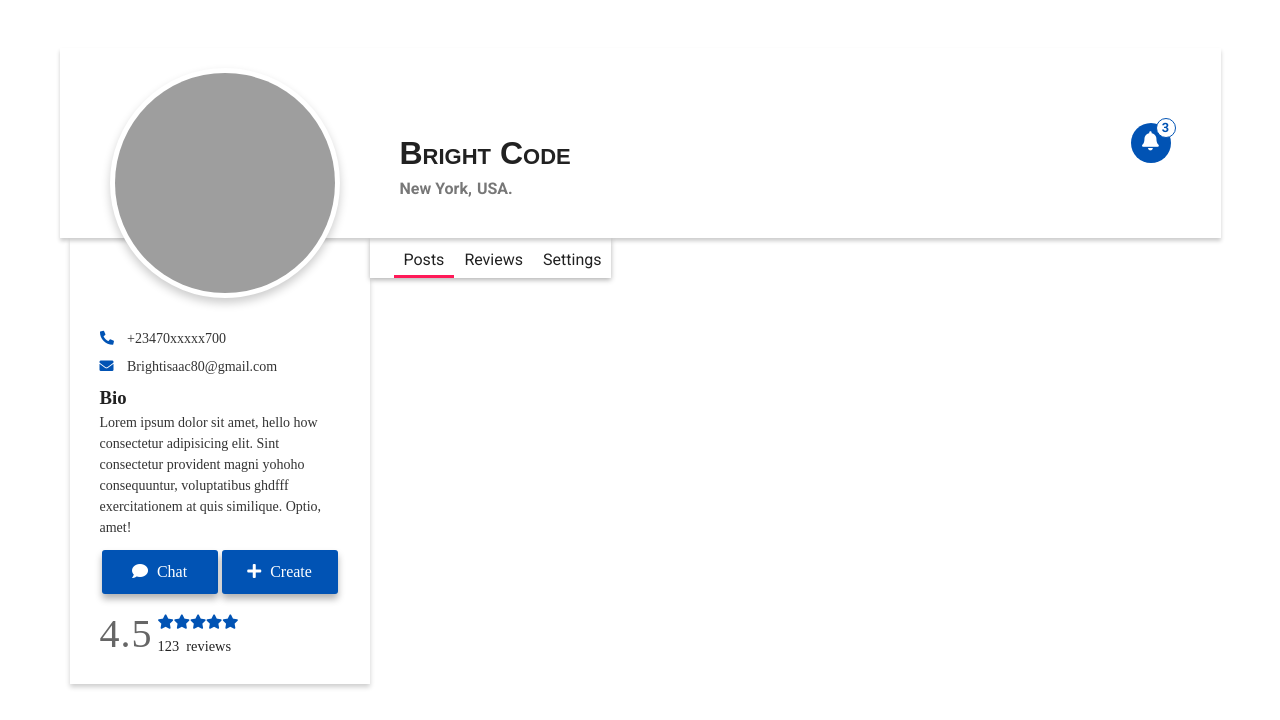
Repository: akinsikuoluwafemi/Pats_userAuth
Page: /userinfo
An editor plug-in stored every save of this project. The page is shown before and after a run of saves, followed by the edit.
The browser window is 1280 px wide. The pictures show the whole page.
Pictures or frames that could not be fetched are drawn as grey boxes. The project was rebuilt for these pictures with package versions that can differ from the ones it lists, and the page was loaded fresh each time. Also part of the build but not shown: vue.config.js, src/views/Home.vue, src/components/Login.vue, src/components/Signup.vue.

Above is the page before, as saved 2020-11-05 01:49:30.

### src/App.vue
<template>
  <v-app>


    <v-main>
      <router-view></router-view>
    </v-main>
  </v-app>
</template>

<script>

export default {
  name: 'App',

  components: {

},

  data: () => ({
    //
  }),
};
</script>

### src/router/index.js
import Vue from 'vue'
import VueRouter from 'vue-router'
import Home from '../views/Home.vue'
import Login from '../components/Login.vue'
import Signup from "../components/Signup.vue";
import UserInfo from "../components/UserInfo.vue";


Vue.use(VueRouter)

const routes = [
  {
    path: "/",
    name: "Home",
    component: Home,
  },
  {
    path: "/login",
    name: "Login",
    component: Login,
  },

  {
    path: "/signup",
    name: "Signup",
    component: Signup,
  },

  {
    path: "/userinfo",
    name: "Userinfo",
    component: UserInfo,
  },
  {
    path: "/about",
    name: "About",
    // route level code-splitting
    // this generates a separate chunk (about.[hash].js) for this route
    // which is lazy-loaded when the route is visited.
    component: () =>
      import(/* webpackChunkName: "about" */ "../views/About.vue"),
  },
];

const router = new VueRouter({
  mode: 'history',
  base: process.env.BASE_URL,
  routes
})

export default router

### src/plugins/vuetify.js
import "@fortawesome/fontawesome-free/css/all.css"
import 'material-design-icons-iconfont/dist/material-design-icons.css'
import Vue from 'vue';
import Vuetify from 'vuetify/lib';

Vue.use(Vuetify);

export default new Vuetify({
    icons: {
        iconfont: 'md' || 'fa'
    }
});

### src/components/UserInfo.vue
<template>
    <div class="container">

  <v-btn rounded outlined="" dark @click="step++">
        Logout
    </v-btn>



  <div class="profile-header">
    <div class="profile-img">
      <img src="https://images.unsplash.com/photo-1486312338219-ce68d2c6f44d?ixlib=rb-1.2.1&ixid=eyJhcHBfaWQiOjEyMDd9&auto=format&fit=crop&w=1352&q=80" width="200" alt="Profile Image">
    </div>
    <div class="profile-nav-info">
      <h3 class="user-name">Bright Code</h3>
      <div class="address">
        <p id="state" class="state">New York,</p>
        <span id="country" class="country">USA.</span>

      </div>

    </div>
    <div class="profile-option">
      <div class="notification">
        <i class="fa fa-bell"></i>
        <span class="alert-message">3</span>
      </div>
    </div>



  </div>

  <div class="main-bd">
    <div class="left-side">
      <div class="profile-side">
        <p class="mobile-no"><i class="fa fa-phone"></i> +23470xxxxx700</p>
        <p class="user-mail"><i class="fa fa-envelope"></i> Brightisaac80@gmail.com</p>
        <div class="user-bio">
          <h3>Bio</h3>
          <p class="bio">
            Lorem ipsum dolor sit amet, hello how consectetur adipisicing elit. Sint consectetur provident magni yohoho consequuntur, voluptatibus ghdfff exercitationem at quis similique. Optio, amet!
          </p>
        </div>
        <div class="profile-btn">
          <button class="chatbtn" id="chatBtn"><i class="fa fa-comment"></i> Chat</button>
          <button class="createbtn" id="Create-post"><i class="fa fa-plus"></i> Create</button>
        </div>
        <div class="user-rating">
          <h3 class="rating">4.5</h3>
          <div class="rate">
            <div class="star-outer">
              <div class="star-inner">
                <i class="fa fa-star"></i>
                <i class="fa fa-star"></i>
                <i class="fa fa-star"></i>
                <i class="fa fa-star"></i>
                <i class="fa fa-star"></i>
              </div>
            </div>
            <span class="no-of-user-rate"><span>123</span>&nbsp;&nbsp;reviews</span>

          </div>

        </div>
      </div>

    </div>
    <div class="right-side">

      <div class="nav">
        <ul>
          <li onclick="tabs(0)" class="user-post active">Posts</li>
          <li onclick="tabs(1)" class="user-review">Reviews</li>
          <li onclick="tabs(2)" class="user-setting"> Settings</li>

        </ul>
      </div>
      <div class="profile-body">
        <div class="profile-posts tab">
          <h1>Your Post</h1>
          <p>Lorem ipsum dolor sit amet, consectetur adipisicing elit. Ipsa quia sunt itaque ut libero cupiditate ullam qui velit laborum placeat doloribus, non tempore nisi ratione error rem minima ducimus. Accusamus adipisci quasi at itaque repellat sed
            magni eius magnam repellendus. Quidem inventore repudiandae sunt odit. Aliquid facilis fugiat earum ex officia eveniet, nisi, similique ad ullam repudiandae molestias aspernatur qui autem, nam? Cupiditate ut quasi iste, eos perspiciatis maiores
            molestiae.</p>
        </div>
        <div class="profile-reviews tab">
          <h1>User reviews</h1>
          <p>Lorem ipsum dolor sit amet, consectetur adipisicing elit. Aliquam pariatur officia, aperiam quidem quasi, tenetur molestiae. Architecto mollitia laborum possimus iste esse. Perferendis tempora consectetur, quae qui nihil voluptas. Maiores debitis
            repellendus excepturi quisquam temporibus quam nobis voluptatem, reiciendis distinctio deserunt vitae! Maxime provident, distinctio animi commodi nemo, eveniet fugit porro quos nesciunt quidem a, corporis nisi dolorum minus sit eaque error
            sequi ullam. Quidem ut fugiat, praesentium velit aliquam!</p>
        </div>
        <div class="profile-settings tab">
          <div class="account-setting">
            <h1>Acount Setting</h1>
            <p>Lorem ipsum dolor sit amet, consectetur adipisicing elit. Reprehenderit omnis eaque, expedita nostrum, facere libero provident laudantium. Quis, hic doloribus! Laboriosam nemo tempora praesentium. Culpa quo velit omnis, debitis maxime, sequi
              animi dolores commodi odio placeat, magnam, cupiditate facilis impedit veniam? Soluta aliquam excepturi illum natus adipisci ipsum quo, voluptatem, nemo, commodi, molestiae doloribus magni et. Cum, saepe enim quam voluptatum vel debitis
              nihil, recusandae, omnis officiis tenetur, ullam rerum.</p>
          </div>
        </div>
      </div>
    </div>
  </div>
</div>

</template>


<style scoped>

.profile-header { background: #fff; width: 100%; display: flex; height: 190px;
position: relative; box-shadow: 0px 3px 4px rgba(0, 0, 0, 0.2); } .profile-img {
float: left; width: 340px; height: 200px; } .profile-img img { border-radius:
50%; height: 230px; width: 230px; border: 5px solid #fff; box-shadow: 0px 5px
10px rgba(0, 0, 0, 0.2); position: absolute; left: 50px; top: 20px; z-index: 5;
background: #fff; } .profile-nav-info { float: left; display: flex;
flex-direction: column; justify-content: center; padding-top: 60px; }
.profile-nav-info h3 { font-variant: small-caps; font-size: 2rem; font-family:
sans-serif; font-weight: bold; } .profile-nav-info .address { display: flex;
font-weight: bold; color: #777; } .profile-nav-info .address p { margin-right:
5px; } .profile-option { width: 40px; height: 40px; position: absolute; right:
50px; top: 50%; transform: translateY(-50%); border-radius: 50%; display: flex;
justify-content: center; align-items: center; cursor: pointer; transition: all
0.5s ease-in-out; outline: none; background: #0153B4; } .profile-option:hover {
background: #fff; border: 1px solid #0153B4; } .profile-option:hover
.notification i { color: #0153B4; } .profile-option:hover span { background:
#0153B4; } .profile-option .notification i { color: #fff; font-size: 1.2rem;
transition: all 0.5s ease-in-out; } .profile-option .notification .alert-message
{ position: absolute; top: -5px; right: -5px; background: #fff; color: #0153B4;
border: 1px solid #0153B4; padding: 5px; border-radius: 50%; height: 20px;
width: 20px; display: flex; justify-content: center; align-items: center;
font-size: 0.8rem; font-weight: bold; } .main-bd { width: 100%; display: flex;
padding-right: 15px; } .profile-side { width: 300px; background: #fff;
box-shadow: 0px 3px 5px rgba(0, 0, 0, 0.2); padding: 90px 30px 20px;
font-family: "Bree Serif", serif; margin-left: 10px; z-index: 99; }
.profile-side p { margin-bottom: 7px; color: #333; font-size: 14px; }
.profile-side p i { color: #0153B4; margin-right: 10px; } .mobile-no i {
transform: rotateY(180deg); color: #0153B4; } .profile-btn { display: flex; }
button.chatbtn, button.createbtn { border: 0; padding: 10px; width: 100%;
border-radius: 3px; background: #0153B4; color: #fff; font-family: "Bree Serif";
font-size: 1rem; margin: 5px 2px; cursor: pointer; outline: none; margin-bottom:
10px; transition: background 0.3s ease-in-out; box-shadow: 0px 5px 7px 0px
rgba(0, 0, 0, 0.3); } button.chatbtn:hover, button.createbtn:hover { background:
rgba(288, 0, 70, 0.9); } button.chatbtn i, button.createbtn i { margin-right:
5px; } .user-rating { display: flex; } .user-rating h3 { font-size: 2.5rem;
font-weight: 200; margin-right: 5px; letter-spacing: 1px; color: #666; }
.user-rating .no-of-user-rate { font-size: 0.9rem; } .rate { padding-top: 6px; }
.rate i { font-size: 0.9rem; color: #0153B4
; } .nav { width: 100%;
z-index: -1; } .nav ul { display: flex; justify-content: space-around;
list-style-type: none; height: 40px; background: #fff; box-shadow: 0px 2px 5px
rgba(0, 0, 0, 0.3); } .nav ul li { padding: 10px; width: 100%; cursor: pointer;
text-align: center; transition: all 0.2s ease-in-out; } .nav ul li:hover, .nav
ul li.active { box-shadow: 0px -3px 0px rgba(288, 0, 70, 0.9) inset; }
.profile-body { width: 100%; z-index: -1; } .tab { display: none; } .tab {
padding: 20px; width: 100%; text-align: center; } @media (max-width: 1100px) {
.profile-side { width: 250px; padding: 90px 15px 20px; } .profile-img img {
height: 200px; width: 200px; left: 50px; top: 50px; } } @media (max-width:
900px) { body { margin: 0 20px; } .profile-header { display: flex; height: 100%;
flex-direction: column; text-align: center; padding-bottom: 20px; } .profile-img
{ float: left; width: 100%; height: 200px; } .profile-img img { position:
relative; height: 200px; width: 200px; left: 0px; } .profile-nav-info {
text-align: center; } .profile-option { right: 20px; top: 75%; transform:
translateY(50%); } .main-bd { flex-direction: column; padding-right: 0; }
.profile-side { width: 100%; text-align: center; padding: 20px; margin: 5px 0; }
.profile-nav-info .address { justify-content: center; } .user-rating {
justify-content: center; } } @media (max-width: 400px) { body { margin: ; }
.profile-option { width: 30px; height: 30px; position:
absolute; right: 15px; top: 83%; } .profile-option .notification .alert-message
{ top: -3px; right: -4px; padding: 4px; height: 15px; width: 15px; font-size:
0.7rem; } .profile-nav-info h3 { font-size: 1.9rem; } .profile-nav-info .address
p, .profile-nav-info .address span { font-size: 0.7rem; } } #see-more-bio,
#see-less-bio { color: blue; cursor: pointer; text-transform: lowercase; } .tab
h1 { font-family: "Bree Serif", sans-serif; display: flex; justify-content:
center; margin: 20px auto; }



</style>

Loaded but not shown: public/index.html (common file); src/main.js (common file)

After the next 4 saves:
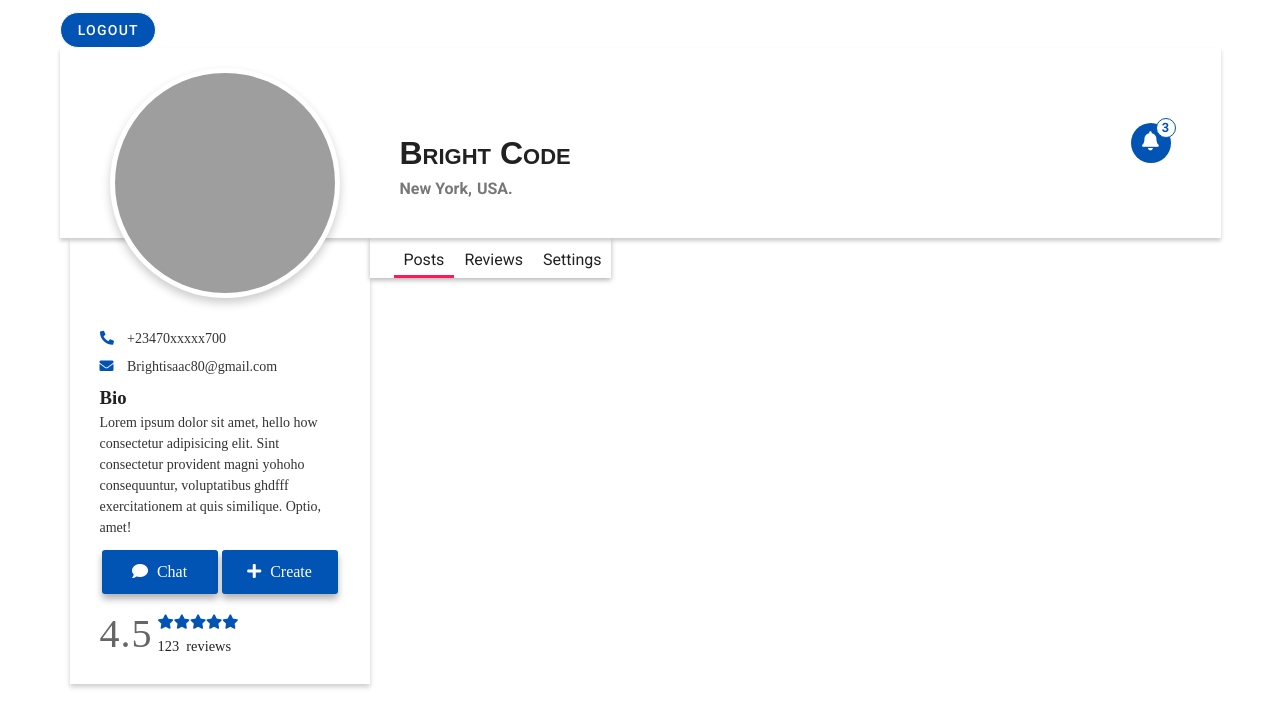
The 4 saves are shown as one change because they came seconds apart.
The last was saved 36 s later.
--- a/src/components/UserInfo.vue
+++ b/src/components/UserInfo.vue
@@ -1,7 +1,10 @@
 <template>
     <div class="container">
 
-  <v-btn rounded outlined="" dark @click="step++">
+  <v-btn rounded outlined=""
+  v-bind:style="{ background: '#0153B4' }"
+
+   dark @click="step++">
         Logout
     </v-btn>
 
